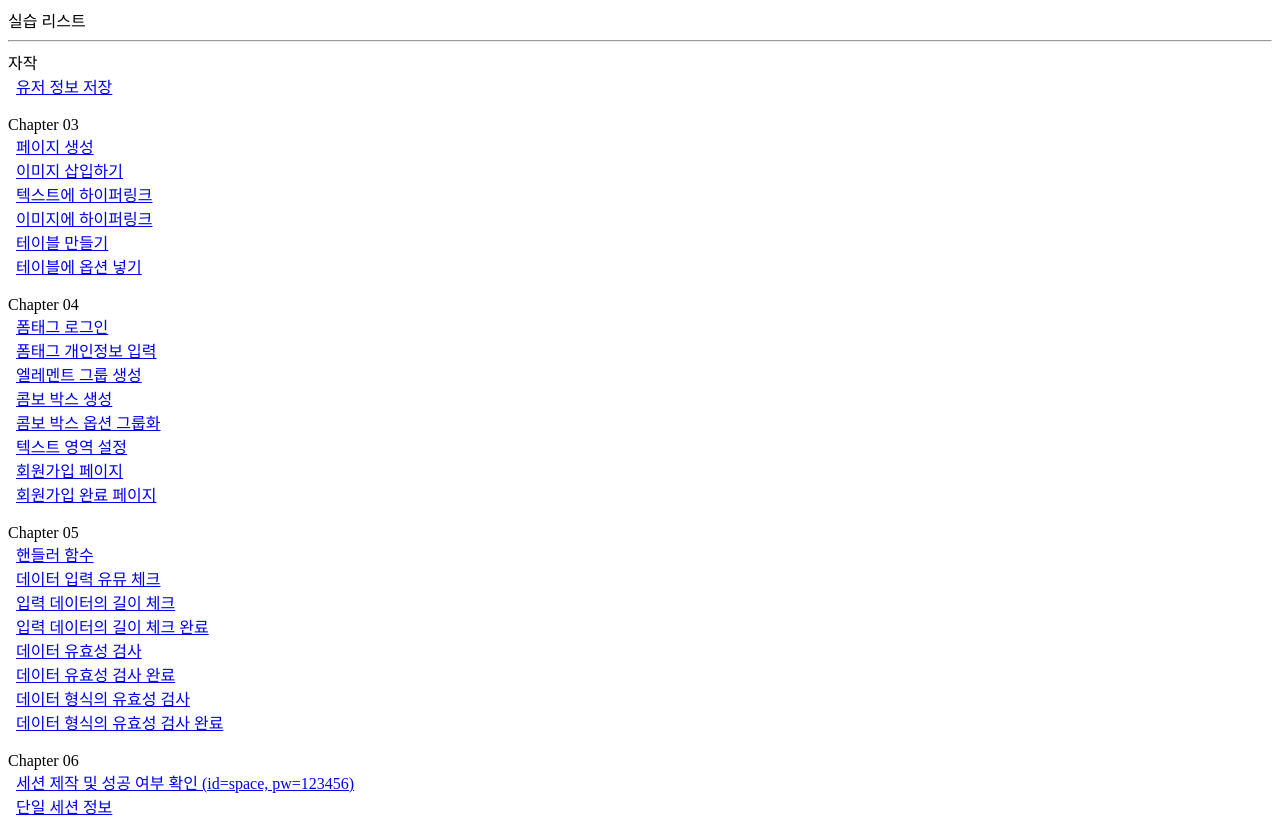
Repository: dhc518/WebProgramming_2023
Page: http://localhost/JSPStudy/List.jsp
The author's editor kept a copy of each file at every save. The page is drawn from the files as they stood at one save, then again after the next save.
The browser window is 1280 px wide. The pictures show the whole page.
The page is served by Tomcat 9.

Above is the page before, as saved 2023-04-07 05:46:40.

After the next save:
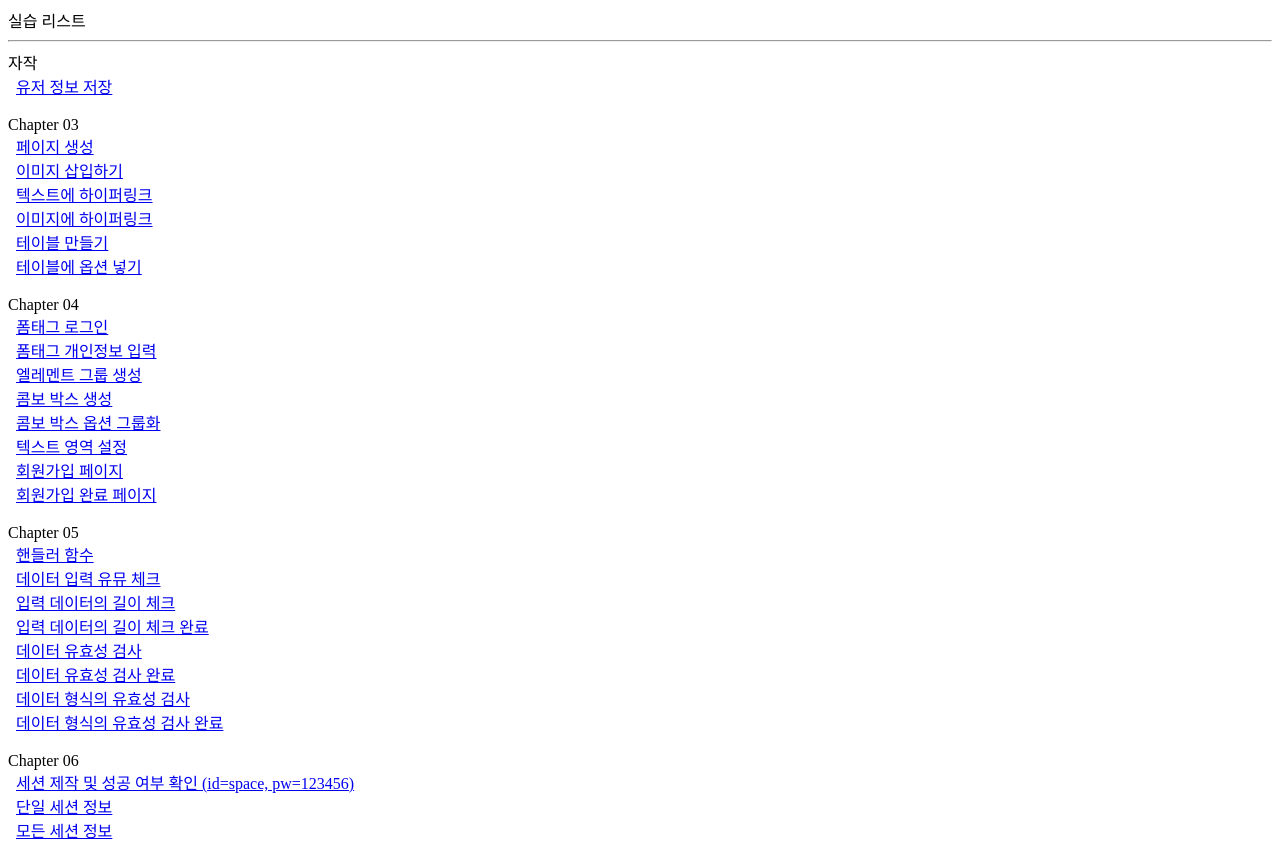
Saved 41 s later.
--- a/Project/JSPStudy/src/main/webapp/List.jsp
+++ b/Project/JSPStudy/src/main/webapp/List.jsp
@@ -68,6 +68,8 @@
 		세션 제작 및 성공 여부 확인 (id=space, pw=123456)</a>
 		<br>&nbsp;	<a href="ch06/sessionInfo_single.jsp" target="_blank">
 		단일 세션 정보</a>
+		<br>&nbsp;	<a href="ch06/sessionInfo_all.jsp" target="_blank">
+		모든 세션 정보</a>
 
 </body>
 </html>
